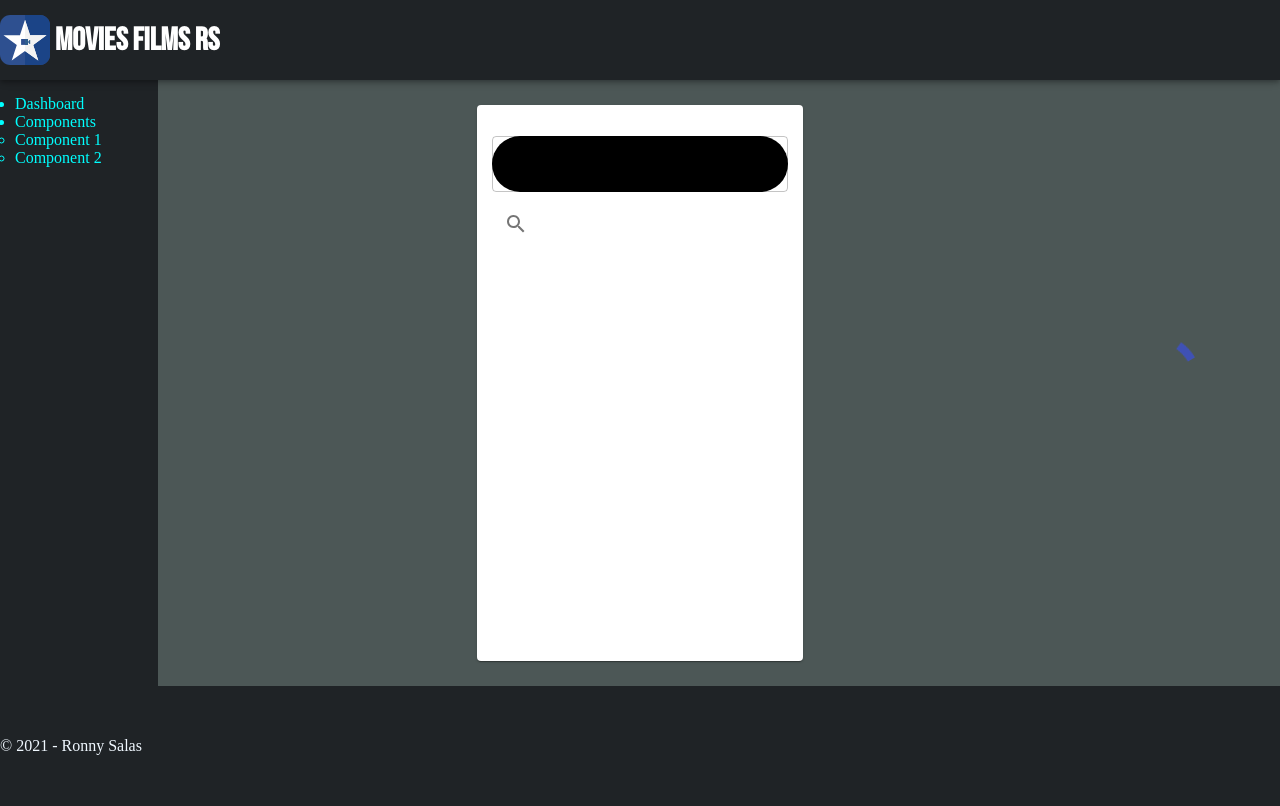
Repository: ronnysalas459/assigment-2
Page: /
These files come from the project's save history. The page is drawn as it stood at one moment and after the next save; the edit follows.
The browser window is 1280 px wide. The pictures show the whole page.
The page's requests for data from a server got no answer. The project was rebuilt for these pictures with package versions that can differ from the ones it lists, and the page was loaded fresh each time. No one was signed in, and anything a server would have sent is missing. Also part of the build but not shown: src/contexts/DetailsContext.js, src/components/Films/Movie.js, src/components/Common/Messages.js, src/components/Films/Movies.js, src/components/Common/ButtonPrimary.js, src/components/Details/Detail.js, src/components/Details/index.js, src/components/NotFound/index.js.

Above is the page before, as saved 2021-08-31 20:23:26.

### src/index.js
import React from 'react';
import ReactDOM from 'react-dom';
import App from './App';

ReactDOM.render(<App />,document.querySelector('#root')
);

### src/App.js
import React from "react";
import { BrowserRouter, Switch, Route } from "react-router-dom";
import MoviesContextProvider from "./contexts/MoviesContext";
import DetailsContextProvider from "./contexts/DetailsContext";
import Films from "./components/Films";
import Details from "./components/Details";
import Header from "./components/Common/Header";
import Footer from "./components/Common/Footer";
import SideBar from "./components/Common/SideBar";
import NotFound from "./components/NotFound";
import "./assets/css/styles.css";

const App = () => (
  <BrowserRouter>
    <div className="container">
      <MoviesContextProvider>
      <Header />
      </MoviesContextProvider>
      <div className="content">
        <SideBar />
        <div className="projects">
          <Switch>
            <Route exact path="/">
              <MoviesContextProvider>
                <Films />
              </MoviesContextProvider>
            </Route>
            <Route path="/movie/:movie_id">
              <DetailsContextProvider>
                <Details />
              </DetailsContextProvider>
            </Route>
            <Route component={NotFound} />
          </Switch>
        </div>
      </div>
      <Footer />
    </div>
  </BrowserRouter>
);

export default App;

### src/contexts/MoviesContext.js
import React, { createContext, useState, useEffect } from "react";
import { popularGet, movieSearch } from "./../constants";

export const MoviesContext = createContext();

const MoviesContextProvider = ({ children }) => {
  const [doneFetch, setDoneFetch] = useState();
  const [currentQuery, setCurrentQuery] = useState("");
  const [text, setText] = useState("Top Movies");
  const [movies, setMovies] = useState([]);

  useEffect(() => {
    getPopularMovies();
  }, []);

  const getPopularMovies = () => {
    fetch(popularGet())
      .then((res) => res.json())
      .then((data) => {
        const { results }  = data;
        setDoneFetch(true);
        console.log(results);
        setMovies(results);
      })
      .catch((err) => console.log(err));
  };

  const getMovies = (query) => {
    fetch(movieSearch(query))
      .then((res) => res.json())
      .then((data) => {
        const { results } = data;
        setDoneFetch(true);
        console.log(results );
        setText(results.length ? "Results" : "No Results");
        setMovies(results);

      })
      .catch((err) => console.log(err));
  };

  const validateQuery = (
    e,
    query = document.querySelector("#query").value.toLowerCase().trim()
  ) => {
    if (e.type === "keypress" && e.key !== "Enter") return;
    const words = query.match(/\w+/g);
    query = words && words.join(" ");
    if (query && query !== currentQuery) {
      setCurrentQuery(query);
      setDoneFetch(false);
      getMovies(query);
    }
  };
  return (
    <MoviesContext.Provider value={{ doneFetch, text, movies, validateQuery }}>
      {children}
    </MoviesContext.Provider>
  );
};

export default MoviesContextProvider;

### src/components/Films/index.js
import React, { Fragment, useContext } from "react";
import { MoviesContext } from "./../../contexts/MoviesContext";
import SearchMovies from "./SearchMovies";
import Movies from "./Movies";
import ProgressBar from "./../Common/ProgressBar";
import  Message  from "./../Common/Messages";

const Films = () => {
  const { validateQuery, doneFetch, movies, text } = useContext(MoviesContext);

  return (
    <Fragment>
      <SearchMovies validateQuery={validateQuery} />
      {doneFetch ? (
        movies.length ? (
          console.log("voyyyyyyyyyy"),
          <Movies text={text} movies={movies} />
        ) : (
          <Message text={text} />
        )
      ) : (
          console.log("nooooooooo"),
        <ProgressBar />
      )}
    </Fragment>
  );
};

export default Films;

### src/components/Common/Header.js
import React from "react";
import { AppBar } from "@material-ui/core";
import { ReactComponent as Logo } from "./../../assets/img/movie.svg";
import "./../../assets/css/styles.css";
const Header = () => (
  <AppBar position="sticky">
      <div className="header-container">
            <Logo className="logo-container" />
            &nbsp;&nbsp;
        <h1>Movies Films RS</h1>
      </div>
  </AppBar>
);

export default Header;

### src/components/Common/Footer.js
import React from 'react'

const Footer = () => (
    <footer>
        <p> &copy; { new Date().getFullYear()} - Ronny Salas</p>
    </footer>
);


export default Footer;

### src/components/Common/SideBar.js
import React from "react";
import { ProSidebar, Menu, MenuItem, SubMenu } from "react-pro-sidebar";
import "./../../assets/css/styles.css";

const SideBar = () => (

    <aside className="aside">
      <ProSidebar>
        <Menu iconShape="square">
          <MenuItem>Dashboard</MenuItem>
          <SubMenu title="Components">
            <MenuItem>Component 1</MenuItem>
            <MenuItem>Component 2</MenuItem>
          </SubMenu>
        </Menu>
      </ProSidebar>
    </aside>

);
export default SideBar;

### src/assets/css/styles.css
/*FUENTES*/

@font-face {
  font-family: "TrebuchetMS";
  src: url("../fonts/TrebuchetMS.ttf");
  font-weight: normal;
  font-style: normal;
}
@font-face {
  font-family: "BebasNeue";
  src: url("../fonts/BebasNeue.otf");
  font-weight: normal;
  font-style: normal;
}

@font-face {
  font-family: "WebSymbolsRegular";
  src: url("../fonts/websymbols-regular-webfont.eot");
  src: url("../fonts/websymbols-regular-webfont.eot?#iefix")
      format("embedded-opentype"),
    url("../fonts/websymbols-regular-webfont.woff") format("woff"),
    url("../fonts/websymbols-regular-webfont.ttf") format("truetype"),
    url("../fonts/websymbols-regular-webfont.svg#WebSymbolsRegular")
      format("svg");
  font-weight: normal;
  font-style: normal;
}
.root {
  margin: 3vw;
}
* {
  margin: 0px;
  padding: 0px;
}

html {
  overflow-x: hidden;
}

.container{
  width:100%;
  height:auto;
}

.header-container {
  width: 100%;
  height: 80px;
  background-color: #1f2326 !important;
  font-family: BebasNeue;
  color: white;
  display: flex;
  flex-direction: row;
  flex-wrap: wrap;
  align-items: center;
}

.logo-container {
  display: block;
  height: 100%;
  width: 50px;
}
.logo-container h1 {
  color: aqua;
}
.content{
  display:flex;
  background-color: #4C5756;
}
.img-wrap {
  height: 150px;
  padding-top: 56.25%;
}
.aside{
  display:flex;
  min-height: 80vh;
  flex-basis: 10%;
  margin-right: 30px;
  padding: 15px;
  flex-direction: column;
  flex-wrap: wrap;
  color: aqua;
  background-color: #1f2326;
}

.projects{
  display:flex;
  flex-wrap: wrap;
  flex-basis: 80%;
}

footer {
  display:flex;
  flex-flow: row wrap;
  justify-content:flex-start;
  height:120px;
  align-items:center;
  background-color: #1f2326;
}
footer p {
    color:aliceblue;
    justify-content: center;
}
.paper {
  margin-top: 25px;
	margin-bottom: 25px;
	margin-left: auto;
	margin-right: auto;
	max-width: 600px;
  background-color: #4C5756;
}

.defaultPaper {
	padding: 15px;
}

.project{
  flex-grow:1;
  flex-basis: 250px;
  margin-bottom: 25px;
  margin-right:20px;
  max-width: 345px;
}
.movie-details {
  height:800;
  width:500px;
  max-width: 345px,
}
.movie-details-img {
  height:640px;
  width:400px;
  padding: 10px;
}
.project img{
  width:80%;
}
.buttonPrimary,
.progressBar {
  display: flex;
  justify-content: center;
  align-items: center;
}


a {
	text-decoration: none;
}

.buttonPrimary,
.message,
.progressBar {
  margin: 10px;
}

.MuiTextField-root {
  width: 100%;
}

@media (max-width: 323px) {
  h1 {
    display: none;
  }
}

### src/constants/index.js
//HABILITAR PROXY INVERSO PARA CORS INTERCEPTOR
//const cors_anywhere = "https://cors-anywhere.herokuapp.com/";
const base_url = "https://api.themoviedb.org/3/";
const popular_movies_get = "movie/popular?";
const movie_search = "search/movie?";
const movies_get = "movie/";
const api_key = "api_key=2c4e30626dc1fcee2a373a9a71cf70f1";


export const popularGet = () => `${base_url}${popular_movies_get}${api_key}&page=1`;
export const moviesGet = movie_id => `${base_url}${movies_get}${movie_id}?${api_key}`;
export const movieSearch = query => `${base_url}${movie_search}${api_key}&query=${query}`;

### src/components/Films/SearchMovies.js
import React from 'react';
import Paper from "@material-ui/core/Paper";
import TextField from '@material-ui/core/TextField';
import IconButton from '@material-ui/core/IconButton';
import SearchIcon from '@material-ui/icons/Search';


const SearchMovies = ({ validateQuery }) => (
    <Paper className = "paper defaultPaper">
        <TextField
            style={{ backgroundColor: '#000', borderRadius: 50, padding: 'offset' }}
            id="query"
            label="Title"
            margin="normal"
            variant="outlined"
            onKeyPress = {(e) => validateQuery(e)}
        />
         <IconButton onClick={(e) => validateQuery(e)}>
            <SearchIcon />
        </IconButton>
    </Paper>
);

export default SearchMovies

### src/components/Common/ProgressBar.js
import React from 'react'
import CircularProgress from '@material-ui/core/CircularProgress';

const ProgressBar = () => (
    <div className="progressBar">
        <CircularProgress size = { 100 } />

    </div>
)


export default ProgressBar

Loaded but not shown: public/index.html (common file)

After the next save:
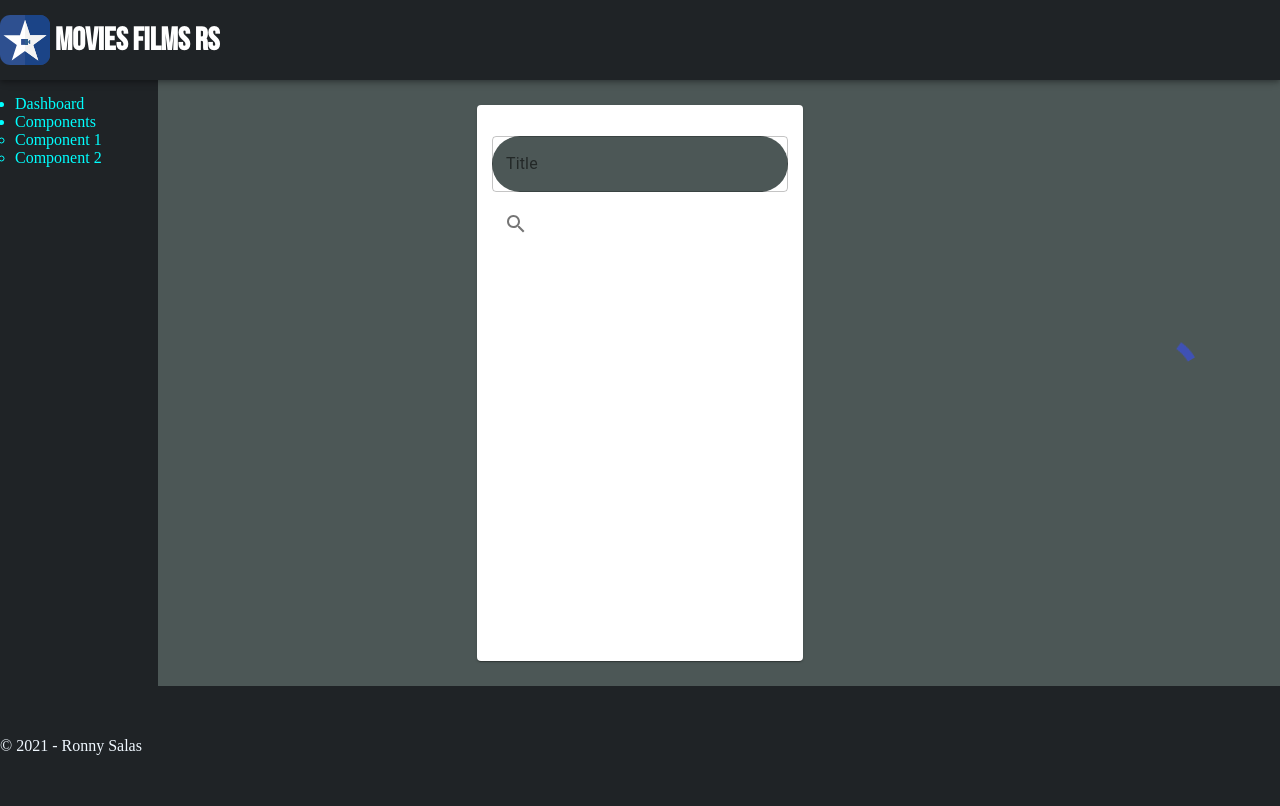
Saved 45 s later.
--- a/src/components/Films/SearchMovies.js
+++ b/src/components/Films/SearchMovies.js
@@ -8,7 +8,7 @@ import SearchIcon from '@material-ui/icons/Search';
 const SearchMovies = ({ validateQuery }) => (
     <Paper className = "paper defaultPaper">
         <TextField
-            style={{ backgroundColor: '#000', borderRadius: 50, padding: 'offset' }}
+            style={{ backgroundColor: '#4C5756', borderRadius: 50, padding: 'offset' }}
             id="query"
             label="Title"
             margin="normal"
